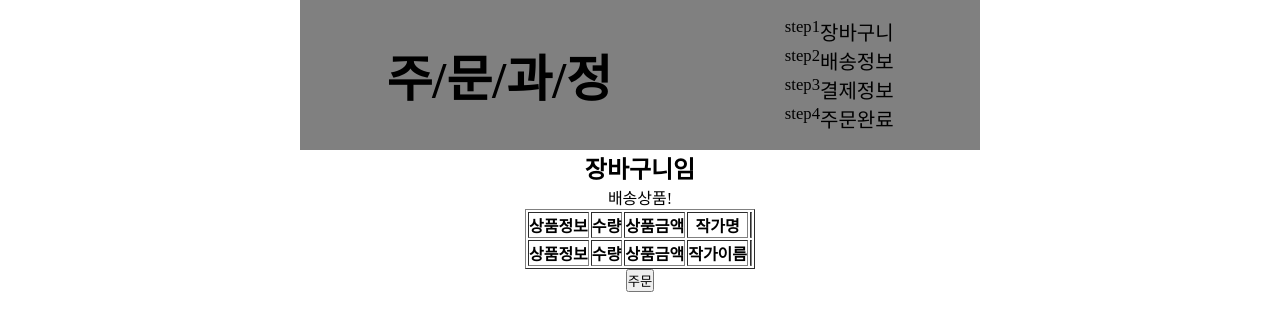
Repository: kym-1000/book
Page: http://localhost/book/WEB-INF/views/cart/mycart.jsp
An editor plug-in stored every save of this project. The page is shown before and after the next save, followed by the edit.
The browser window is 1280 px wide. The pictures show the whole page.
The page is served by Tomcat 9. Nobody is signed in. The template is opened directly, without the code that normally fills it, so the values that code supplies are empty.

Above is the page before, as saved 2023-01-03 02:38:01.

After the next save:
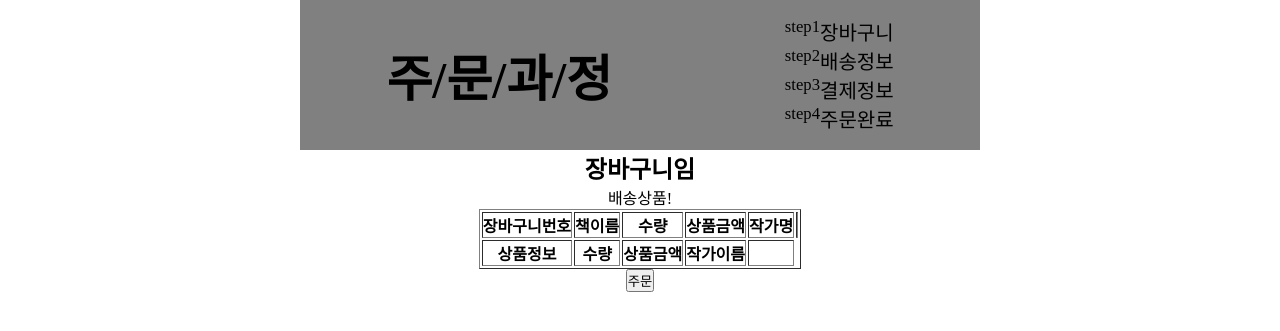
Saved 19 s later.
--- a/book/book/src/main/webapp/WEB-INF/views/cart/mycart.jsp
+++ b/book/book/src/main/webapp/WEB-INF/views/cart/mycart.jsp
@@ -39,7 +39,8 @@
 		    </caption>
 			<thead>
 		      <tr>
-			      <th >상품정보</th>
+			      <th >장바구니번호</th>
+			      <th >책이름</th>
 			      <th >수량</th>
 			      <th >상품금액</th>
 			      <th >작가명</th>
